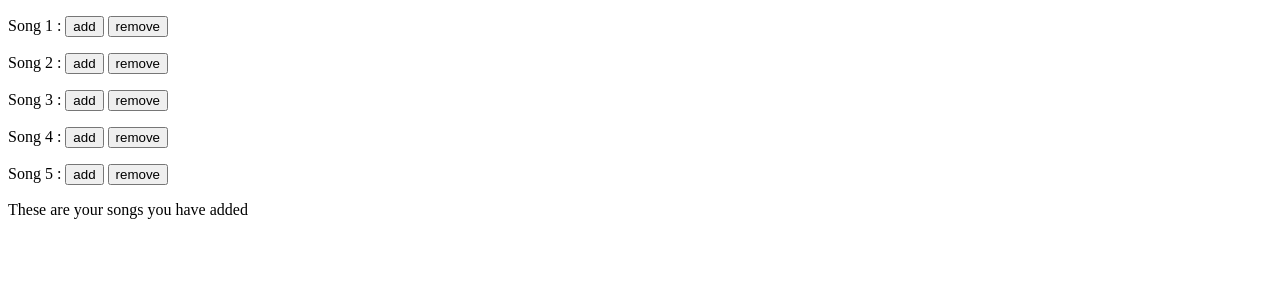
Repository: Kushal18/referesher_assignment1
Page: Html5/WebContent/localStorage.html
An editor plug-in stored every save of this project. The page is shown before and after a run of saves, followed by the edit.
The browser window is 1280 px wide. The pictures show the whole page.
After loading, the first visible `input` was clicked once.

Above is the page before, as saved 2016-09-17 11:17:22.

### Html5/WebContent/localStorage.html
<!DOCTYPE html>
<html>
<title>
My Music Play List
</title>
<body>
<p>Song 1 :  <input type = "button" value="add" onclick="add()" >
<input type = "button" value="remove" onclick="remove()" ></p>
<p>Song 2 :  <input type = "button" value="add" onclick="add()">
<input type = "button" value="remove" onclick="remove()" ></p>
<p>Song 3 : <input type = "button" value="add" onclick="add()" >
<input type = "button" value="remove" onclick="remove()" ></p>
<p>Song 4 : <input type = "button" value="add" onclick="add()">
<input type = "button" value="remove" onclick="remove()" ></p>
<p>Song 5 :  <input type = "button" value="add" onclick="add()">
<input type = "button" value="remove" onclick="remove()"></p>
<p>These are your songs you have added</p>
<div id="song1"></div>
<div id="song2"></div>
<div id="song3"></div>
<div id="song4"></div>
<div id="song5"></div>
<Script>
function loadSongs(){
	if(localStorage.song1 && Number(localStorage.song1) !=0){
		document.getElementById("song1").innerHTML = "song1";
	} else if(localStorage.song1 && Number(localStorage.song1) == 0){
		document.getElementById("song1").innerHTML = "";
	}
}
function add(){
	if(typeof(Storage)!= "undefined"){
		if(localStorage.song1){
			localStorage.song1 = 1;
		} else {
			localStorage.song1 = 1;
		}
	}
}



</Script>


</body>
</html>

After the next 2 saves:
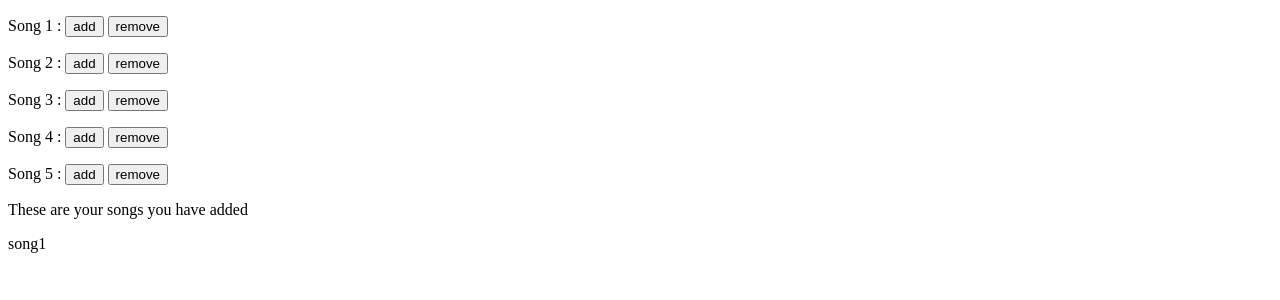
The 2 saves are shown as one change because they came seconds apart.
The last was saved 21 s later.
--- a/Html5/WebContent/localStorage.html
+++ b/Html5/WebContent/localStorage.html
@@ -35,6 +35,7 @@
 		} else {
 			localStorage.song1 = 1;
 		}
+		loadSongs();
 	}
 }
 

After the save that followed:
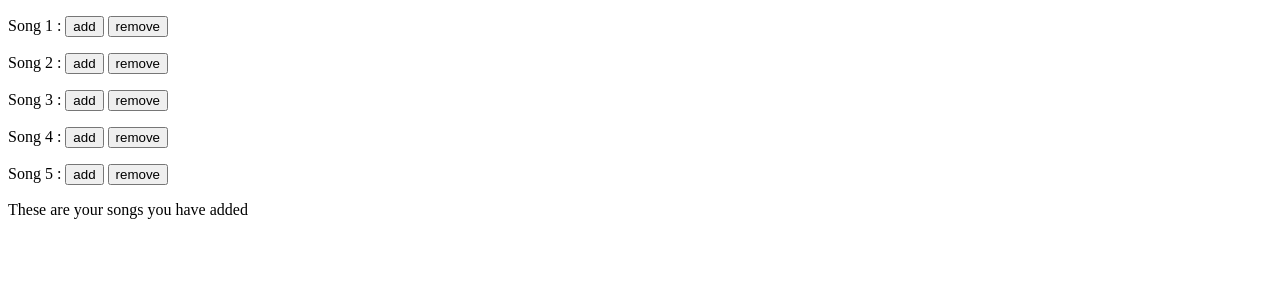
Console error: SyntaxError: Unexpected token '}'
Saved 11 min 32 s later.
--- a/Html5/WebContent/localStorage.html
+++ b/Html5/WebContent/localStorage.html
@@ -30,9 +30,7 @@
 }
 function add(){
 	if(typeof(Storage)!= "undefined"){
-		if(localStorage.song1){
-			localStorage.song1 = 1;
-		} else {
+
 			localStorage.song1 = 1;
 		}
 		loadSongs();
